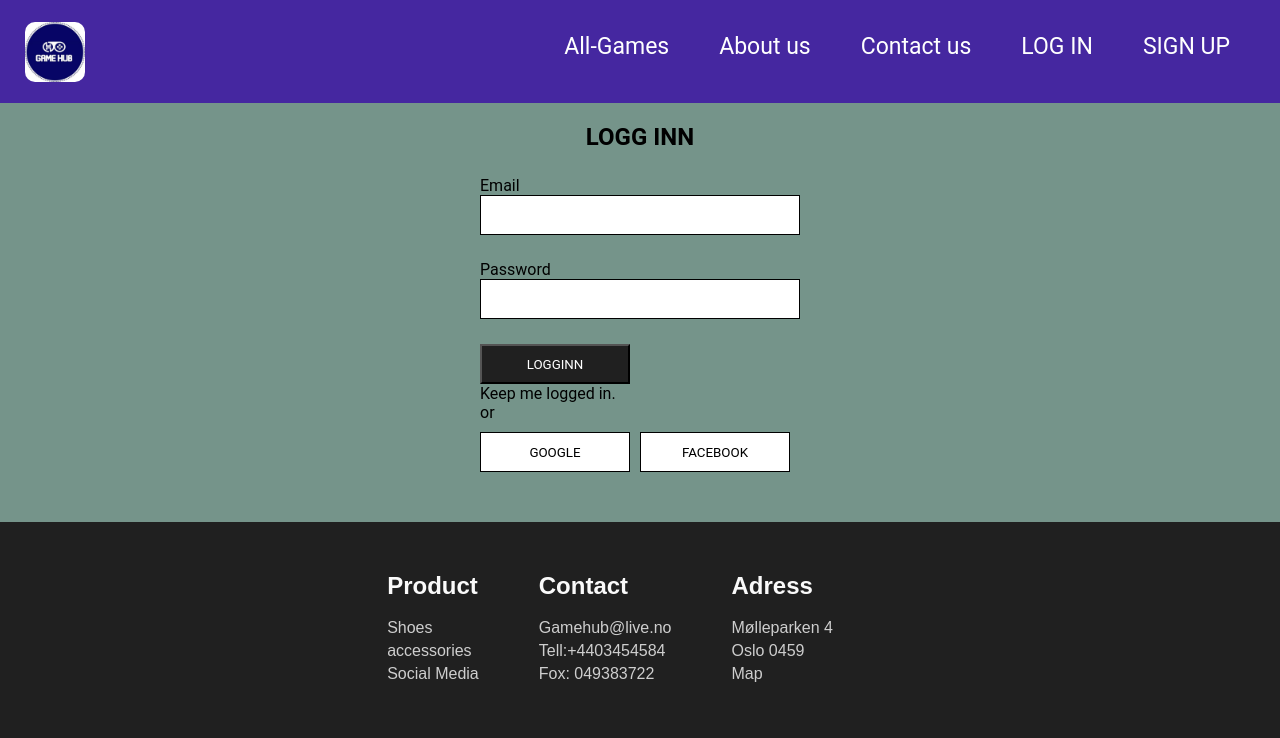
Repository: Fariaddd/HTML-CSS-reset
Page: login.html
The author's editor kept a copy of each file at every save. The page is drawn from the files as they stood at one save, then again after the next save.
The browser window is 1280 px wide. The pictures show the whole page.
Some web fonts or font styles are not loaded; a fallback is used.

Above is the page before, as saved 2022-04-30 17:27:57.
Console error: TypeError: Cannot read properties of null (reading 'addEventListener')

After the next save:
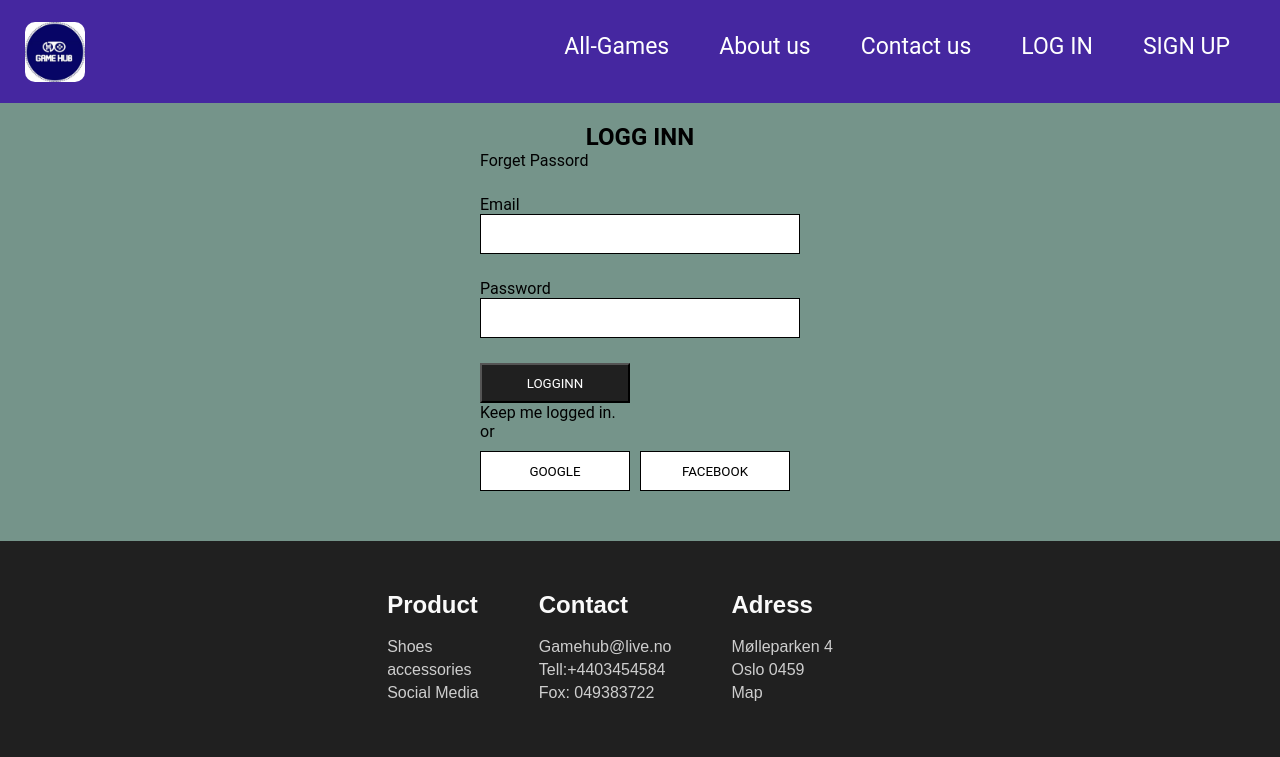
Saved 35 s later.
--- a/login.html
+++ b/login.html
@@ -37,29 +37,38 @@
       <main>
         <section class="section-container">
             <div>
+
                 <div class="text-container">
                     <h1>LOGG INN</h1>
+                    <p>Forget Passord</p>
                 </div>
+
                 <div id="error"> </div>
                 <form id="form" action="/login.html" method="get">
+
                     <div class="container-input">
                         <label for="name">Email</label>
                         <input class="input-box" id="email" type="email" required >
                     </div>
+
                     <div class="container-input">
                         <label for="name">Password</label>
                         <input class="input-box" id="password" type="password" required >
                     </div>
                     <button id="logginn-btn" type="logginn" >LOGGINN</button>
+
                 </form>
+
                 <div>
                     <p>Keep me logged in.</p>
                     <p>or</p>
                 </div>
+
                 <div class="or-container">
                     <button class="or-box">GOOGLE</button>
                     <button class="or-box">FACEBOOK</button>
                 </div>
+
             </div>
         </section>
     </main>

After the save that followed:
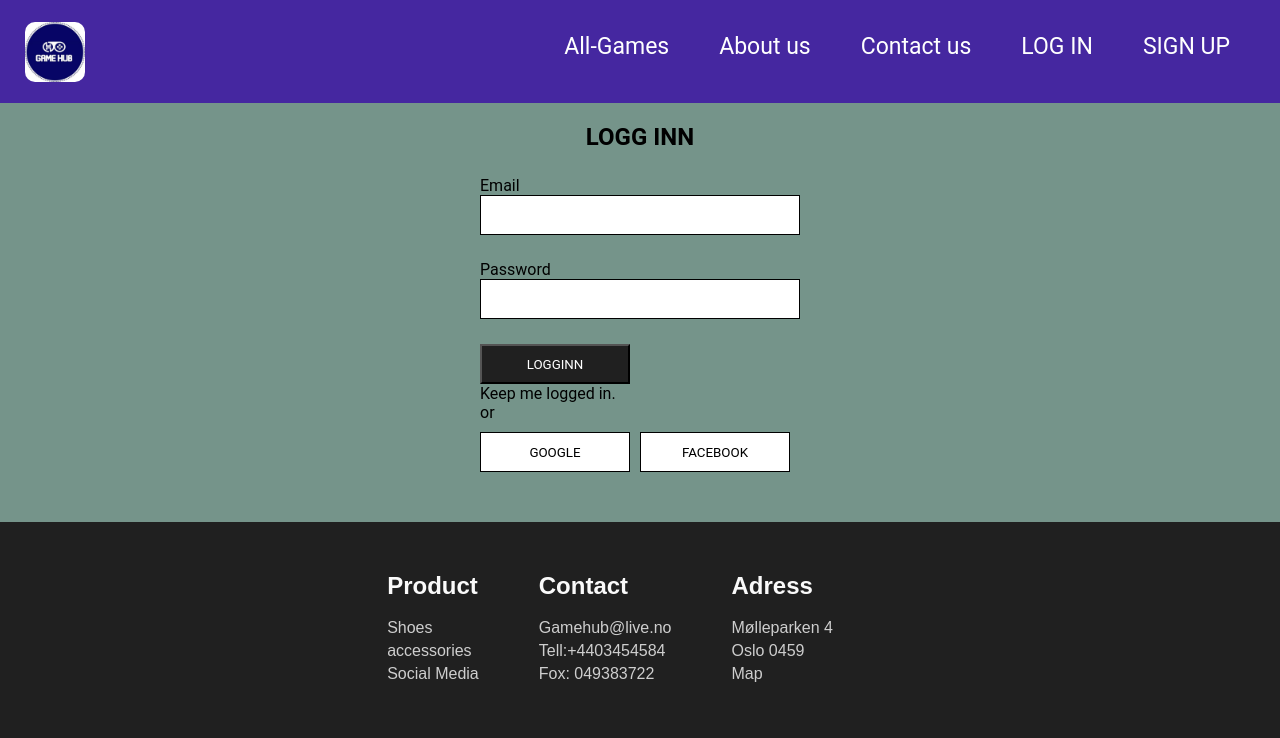
Saved 15 s later.
--- a/login.html
+++ b/login.html
@@ -40,7 +40,7 @@
 
                 <div class="text-container">
                     <h1>LOGG INN</h1>
-                    <p>Forget Passord</p>
+
                 </div>
 
                 <div id="error"> </div>
